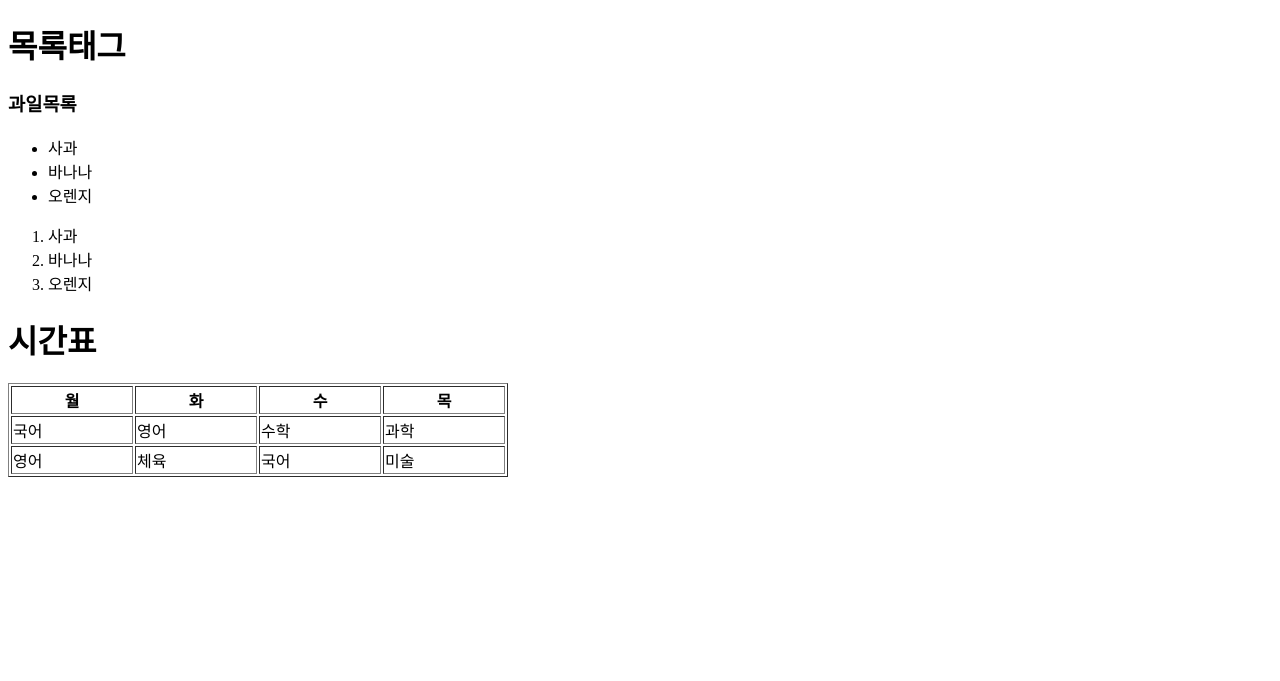
Repository: kmg8138/html
Page: 2020.04.06/ex0406/WebContent/ex04.html
An editor plug-in stored every save of this project. The page is shown before and after the next save, followed by the edit.
The browser window is 1280 px wide. The pictures show the whole page.

Above is the page before, as saved 2020-04-06 02:54:04.

After the next save:
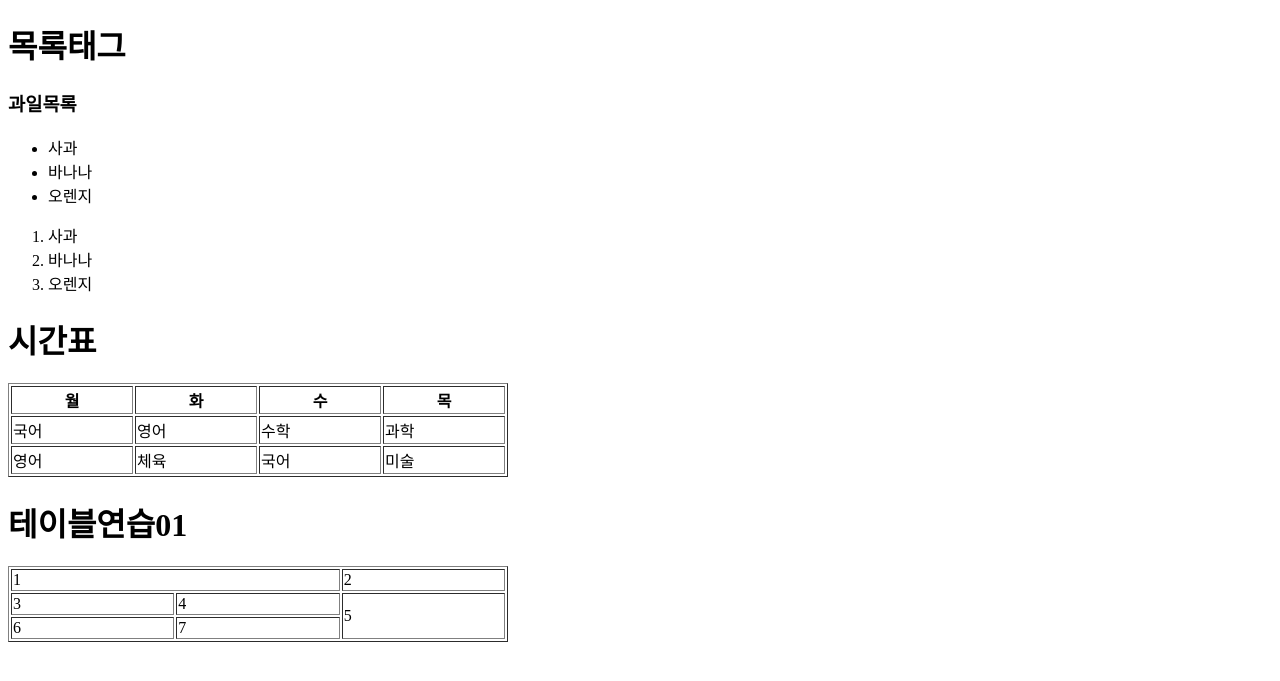
Saved 2 h 17 min later.
--- a/2020.04.06/ex0406/WebContent/ex04.html
+++ b/2020.04.06/ex0406/WebContent/ex04.html
@@ -40,5 +40,21 @@
 			<td>미술</td>
 		</tr>
 	</table>
+	<h1>테이블연습01</h1>
+	<table border=1 width=500>
+		<tr>
+			<td colspan=2>1</td>
+			<td>2</td>
+		</tr>
+		<tr>
+			<td>3</td>
+			<td>4</td>
+			<td rowspan=2>5</td>
+		</tr>
+		<tr>
+			<td>6</td>
+			<td>7</td>
+		</tr>
+	</table>
 </body>
 </html>
